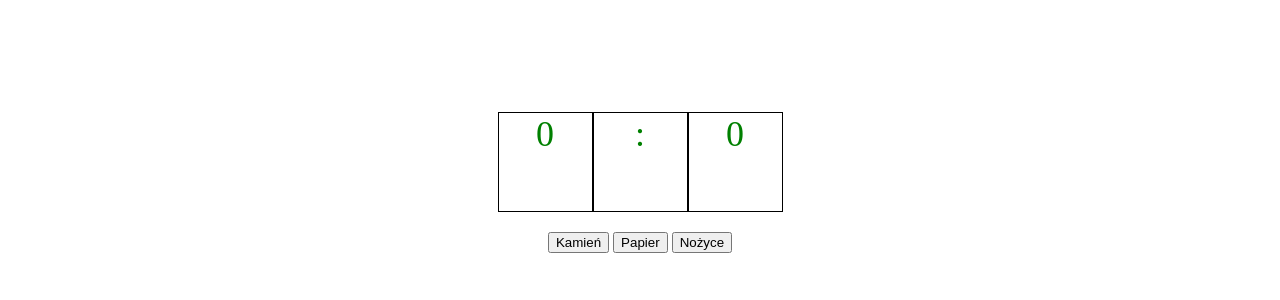
Repository: ulasup/javascript-prework
Page: index.html
The author's editor kept a copy of each file at every save. The page is drawn from the files as they stood at one save, then again after the next save.
The browser window is 1280 px wide. The pictures show the whole page.
Some web libraries are served in a nearby version. The style sheet was rebuilt from its Sass, Less or Tailwind sources for each picture, by a compiler version that may differ from the author's.

Above is the page before, as saved 2020-12-12 17:23:17.

After the next save:
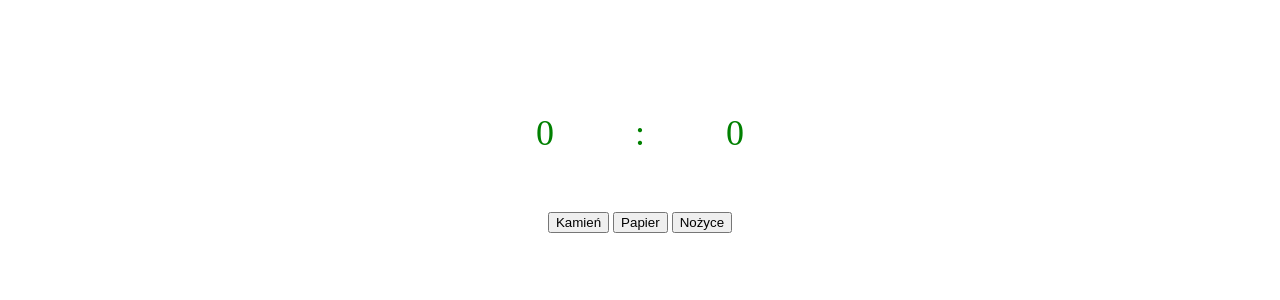
Saved 22 s later.
--- a/sass/style.scss
+++ b/sass/style.scss
@@ -12,9 +12,5 @@ body {
     min-height: 100px;
     color: green;
     font-size: 36px;
-    border: 1px solid black;
     align-items: center;
 }
-#buttons {
-    margin: 20px;
-}
